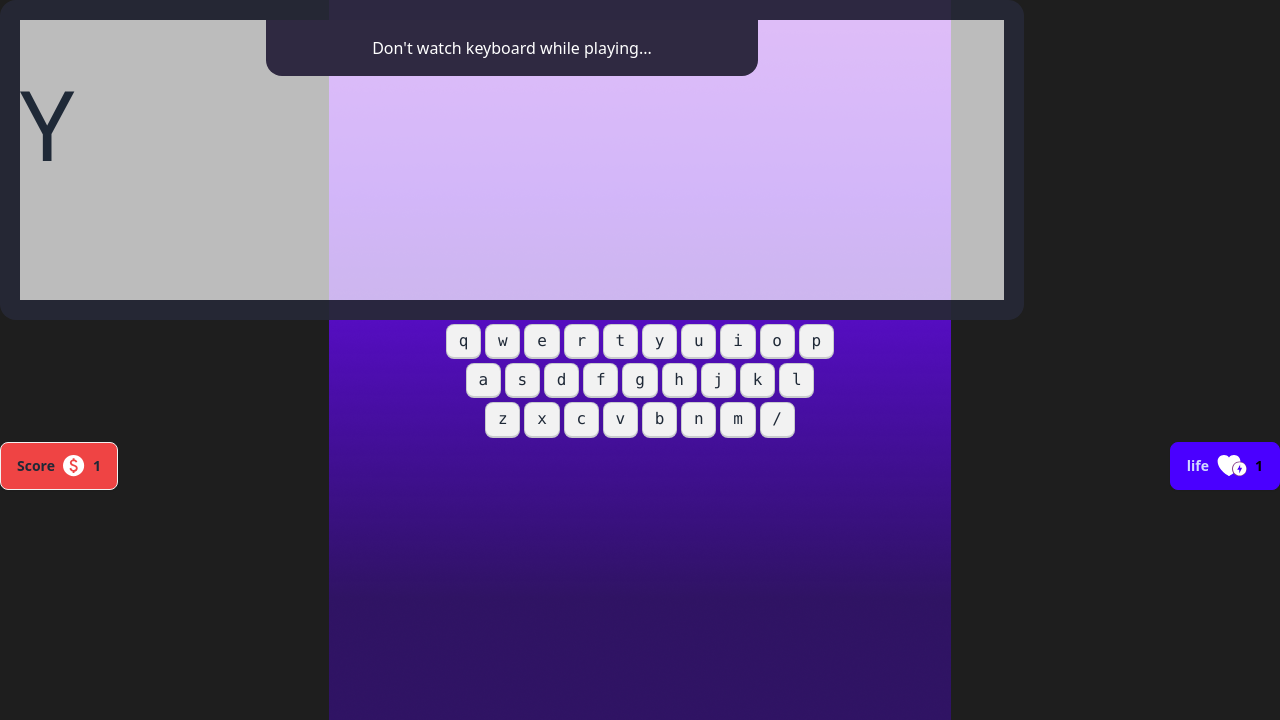
Repository: RudrasahaDibos/Alphabet-clash-
Page: index.html
These files come from the project's save history. The page is drawn as it stood at one moment and after the next save; the edit follows.
The browser window is 1280 px wide. The pictures show the whole page.
Some web fonts or font styles are not loaded; a fallback is used. Some web libraries are served in a nearby version.

Above is the page before, as saved 2024-11-04 12:27:31.

After the next save:
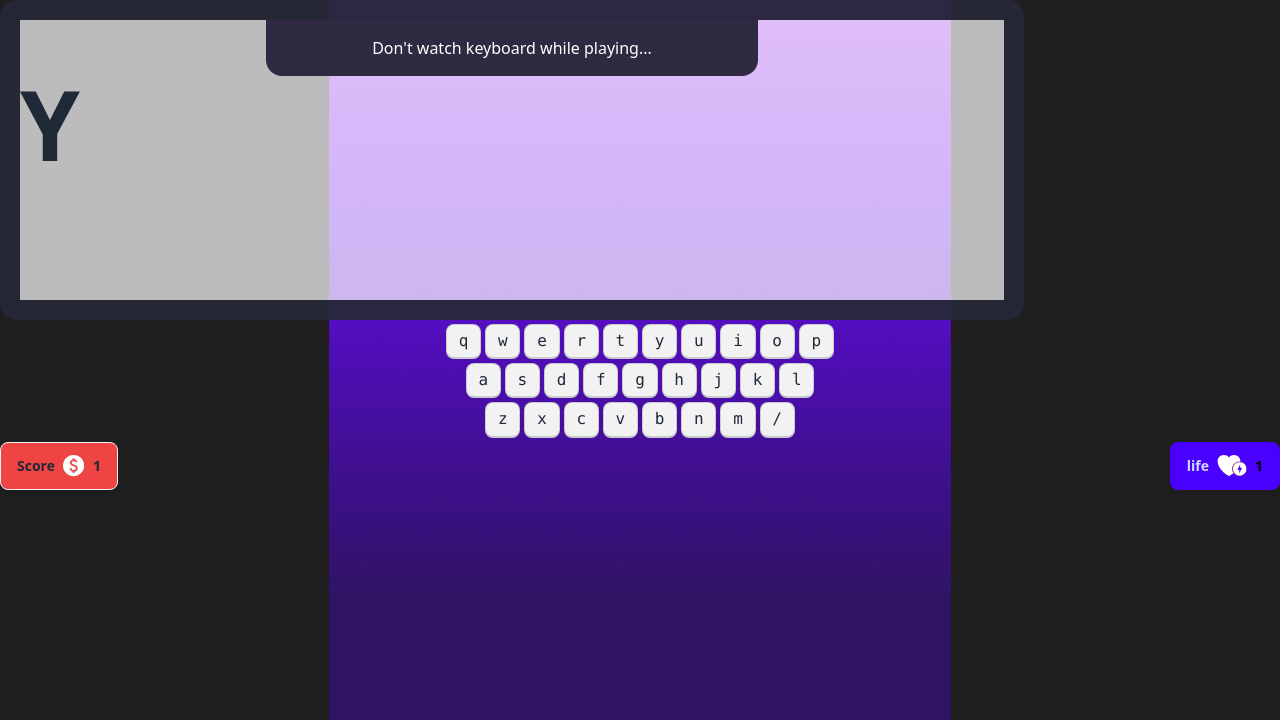
Saved 4 s later.
--- a/index.html
+++ b/index.html
@@ -37,7 +37,7 @@
                             <p class="text-white bg-[#2F2941] p-4 text-center rounded-b-2xl w-2/4">Don't watch keyboard  while playing...</p>
                           </div>
 
-                          <span class="text-8xl font">Y</span>
+                          <span class="text-8xl font-extrabold">Y</span>
                     </div>
                      <!-- dispaly screen end here -->
 
